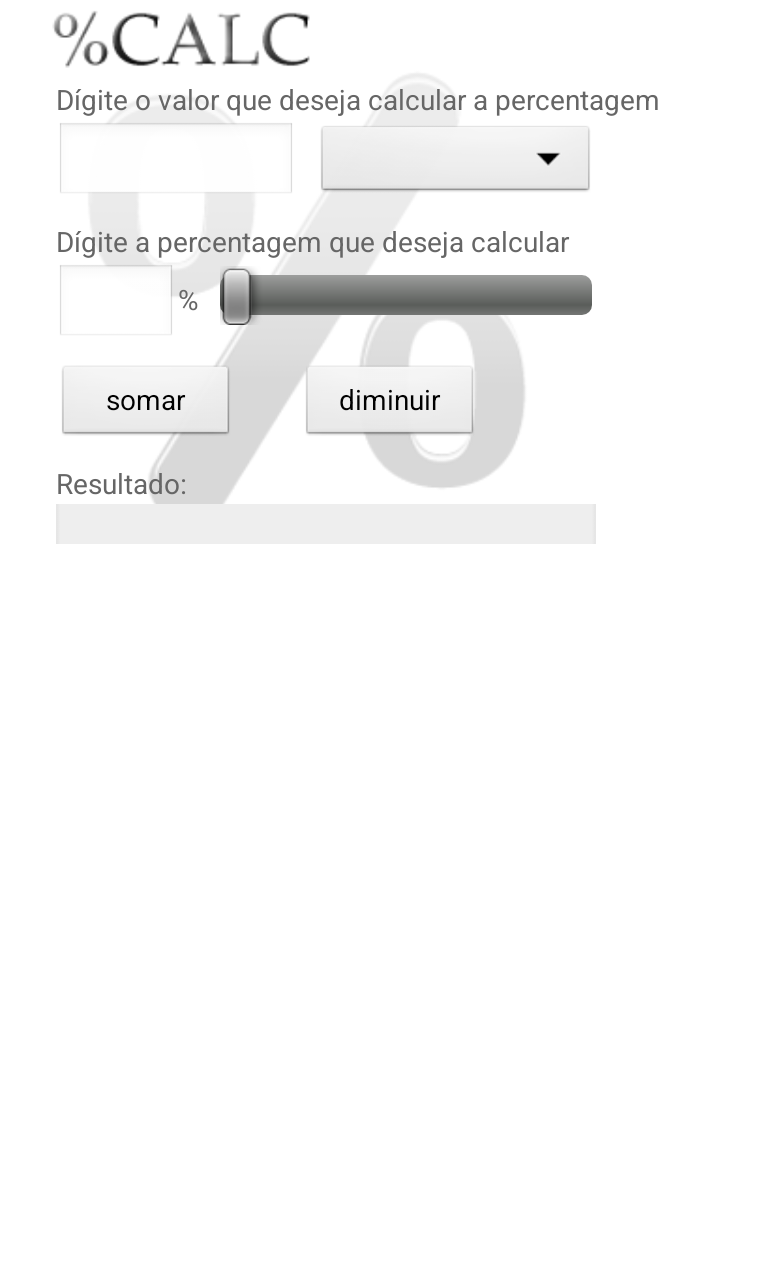
Repository: leoclaro/percentcalc
Layout: CalcularPercentagem/res/layout/main.xml
The author's editor kept a copy of each file at every save. The layout is drawn from the files as they stood at one save, then again after the next save.
It is drawn on a 768 x 1280 px phone screen (xhdpi) without system bars, with theme android:Theme; the app's code is not run.

Above is the layout before, as saved 2012-05-09 18:39:32.

### CalcularPercentagem/res/layout/main.xml
<?xml version="1.0" encoding="utf-8"?>
<RelativeLayout xmlns:android="http://schemas.android.com/apk/res/android"
    android:layout_width="fill_parent"
    android:layout_height="fill_parent"
    android:background="@android:color/white" >

    <ImageView
        android:id="@+id/imageViewBG"
        android:layout_width="300dp"
        android:layout_height="300dp"
        android:contentDescription="@string/image_bg"
        android:src="@drawable/bg" />

    <ScrollView
        android:id="@+id/scrollView1"
        android:layout_width="wrap_content"
        android:layout_height="wrap_content"
        android:layout_marginTop="40dp">

        <RelativeLayout xmlns:android="http://schemas.android.com/apk/res/android"
		    android:layout_width="fill_parent"
		    android:layout_height="wrap_content" >

		    <TextView
		        android:id="@+id/textViewValor"
		        android:layout_width="fill_parent"
		        android:layout_height="wrap_content"
		        android:layout_alignParentLeft="true"
		        android:layout_alignParentTop="true"
		        android:layout_marginLeft="28dp"
		        android:text="@string/label_valor"
		        android:textColor="#ff666666" />

		    <EditText
		        android:id="@+id/editTextValor"
		        android:layout_width="120dp"
		        android:layout_height="40dp"
		        android:layout_alignLeft="@+id/textViewValor"
		        android:layout_below="@+id/textViewValor"
		        android:layout_marginTop="2dp"
		        android:ems="10"
		        android:inputType="numberDecimal" />

		    <Spinner
		        android:id="@+id/spinnerParcelas"
		        android:layout_width="140dp"
		        android:layout_height="40dp"
		        android:layout_below="@+id/textViewValor"
		        android:layout_marginLeft="158dp"
		        android:layout_marginTop="2dp"
		        android:prompt="@array/spinner_parcelas" />

		    <TextView
		        android:id="@+id/textViewPercentagem"
		        android:layout_width="fill_parent"
		        android:layout_height="wrap_content"
		        android:layout_alignLeft="@+id/textViewValor"
		        android:layout_below="@+id/editTextValor"
		        android:layout_marginTop="10dp"
		        android:text="@string/label_percentagem"
		        android:textColor="#ff666666" />

		    <EditText
		        android:id="@+id/editTextPercentagem"
		        android:layout_width="60dp"
		        android:layout_height="40dp"
		        android:layout_alignLeft="@+id/textViewValor"
		        android:layout_below="@+id/textViewPercentagem"
		        android:layout_marginTop="2dp"
		        android:ems="6"
		        android:inputType="numberDecimal" />

		    <TextView
		        android:id="@+id/textViewPercentagemSinal"
		        android:layout_width="fill_parent"
		        android:layout_height="wrap_content"
		        android:layout_below="@+id/textViewPercentagem"
		        android:layout_marginLeft="89dp"
		        android:layout_marginTop="10dp"
		        android:text="@string/label_percentagem_sinal"
		        android:textColor="#ff666666" />

		    <SeekBar
		        android:id="@+id/seekBarPercentagem"
		        android:layout_width="186dp"
		        android:layout_height="wrap_content"
		        android:layout_below="@+id/textViewPercentagem"
		        android:layout_marginLeft="110dp"
		        android:layout_marginTop="3dp"
		        android:max="1000" />

		    <Button
		        android:id="@+id/buttonSomar"
		        android:layout_width="90dp"
		        android:layout_height="40dp"
		        android:layout_alignLeft="@+id/textViewValor"
		        android:layout_below="@+id/editTextPercentagem"
		        android:layout_marginTop="10dp"
		        android:text="@string/button_somar" />

		    <Button
		        android:id="@+id/buttonDiminuir"
		        android:layout_width="90dp"
		        android:layout_height="40dp"
		        android:layout_below="@+id/editTextPercentagem"
		        android:layout_marginLeft="150dp"
		        android:layout_marginTop="10dp"
		        android:text="@string/button_diminuir" />

		    <TextView
	            android:id="@+id/textViewLabelResultado"
	            android:layout_width="fill_parent"
	            android:layout_height="wrap_content"
	            android:layout_alignLeft="@+id/textViewValor"
	            android:layout_marginTop="10dp"
	            android:layout_below="@+id/buttonSomar"
	            android:text="@string/label_resultado"
	            android:textColor="#ff666666" />

		    <RelativeLayout
		        android:id="@+id/relativeLayout1"
		        android:layout_width="270dp"
		        android:layout_height="wrap_content"
		        android:layout_alignLeft="@+id/textViewValor"
		        android:layout_below="@+id/textViewLabelResultado"
		        android:layout_marginTop="1dp"
		        android:background="@drawable/bg_resultado" >

		        <TextView
		            android:id="@+id/textViewResultado"
		            android:layout_width="fill_parent"
		            android:layout_height="wrap_content"
		            android:layout_marginLeft="12dp"
		            android:layout_marginTop="1dp"
		            android:textColor="#ff666666" />
		    </RelativeLayout>

        </RelativeLayout>
    </ScrollView>

</RelativeLayout>

### CalcularPercentagem/res/values/strings.xml
<?xml version="1.0" encoding="utf-8"?>
<resources>

    <string name="label_valor">Dígite o valor que deseja calcular a percentagem</string>
    <string name="app_name">Calcular Percentagem</string>
    <string name="label_percentagem">Dígite a percentagem que deseja calcular</string>
    <string name="label_percentagem_sinal">%</string>
    <string name="label_sobre">sobre</string>
    <string name="button_somar">somar</string>
    <string name="button_diminuir">diminuir</string>
    <string name="image_bg">fundo</string>
    <string name="label_resultado">Resultado: </string>
    <string-array name="spinner_parcelas">
        <item>meses</item>
        <item>1</item>
        <item>2</item>
        <item>3</item>
        <item>4</item>
        <item>5</item>
        <item>6</item>
        <item>7</item>
        <item>8</item>
        <item>9</item>
        <item>10</item>
        <item>11</item>
        <item>12</item>
    </string-array>

</resources>

After the next save:
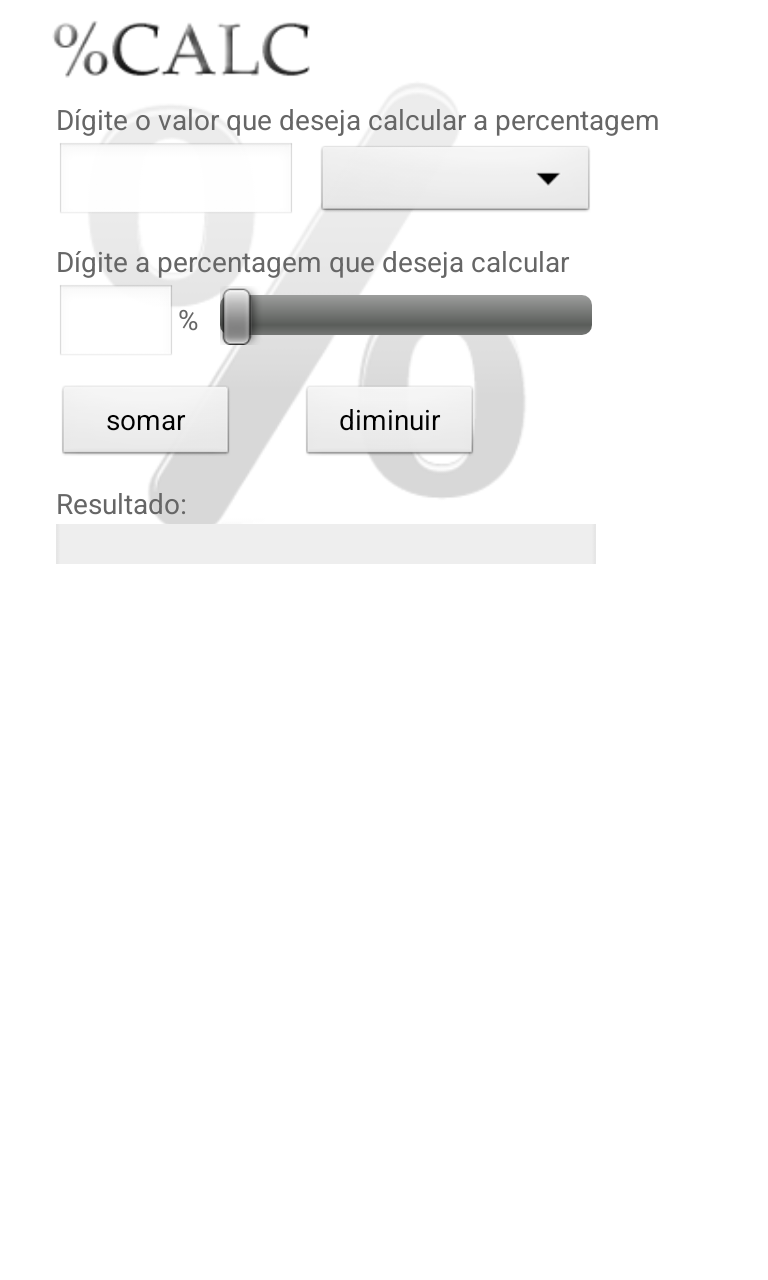
Saved 107 s later.
--- a/CalcularPercentagem/res/layout/main.xml
+++ b/CalcularPercentagem/res/layout/main.xml
@@ -8,6 +8,7 @@
         android:id="@+id/imageViewBG"
         android:layout_width="300dp"
         android:layout_height="300dp"
+        android:layout_marginTop="5dp"
         android:contentDescription="@string/image_bg"
         android:src="@drawable/bg" />
 
@@ -15,7 +16,7 @@
         android:id="@+id/scrollView1"
         android:layout_width="wrap_content"
         android:layout_height="wrap_content"
-        android:layout_marginTop="40dp">
+        android:layout_marginTop="50dp">
 
         <RelativeLayout xmlns:android="http://schemas.android.com/apk/res/android"
 		    android:layout_width="fill_parent"
